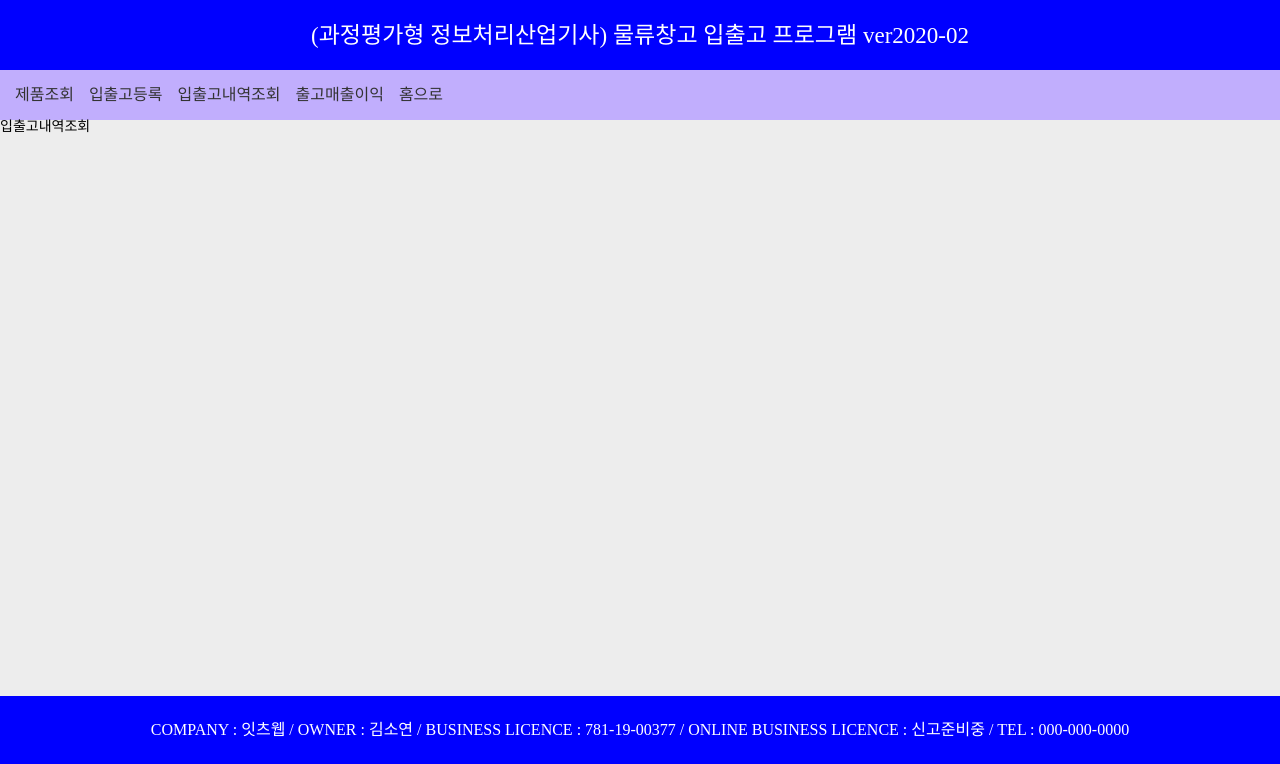
Repository: myeongwoo95/Engineer-Information-Processing
Page: http://localhost/TestProject/inputoutputlist.jsp
The author's editor kept a copy of each file at every save. The page is drawn from the files as they stood at one save, then again after the next save.
The browser window is 1280 px wide. The pictures show the whole page.
The page is served by Tomcat 9. Other server files are loaded and not shown.

Above is the page before, as saved 2021-06-24 14:03:44.

### TestProject/src/main/webapp/inputoutputlist.jsp
<%@ page language="java" contentType="text/html; charset=UTF-8"
    pageEncoding="UTF-8"%>
<!DOCTYPE html>
<html>
<head>
	<meta charset="UTF-8">
    <meta http-equiv="X-UA-Compatible" content="IE=edge">
    <meta name="viewport" content="width=device-width, initial-scale=1.0">

    <link rel="stylesheet" href="css/reset.css">
	<link rel="stylesheet" href="css/common.css">
	<link rel="stylesheet" href="css/main.css">

	<title>입출고내역조회</title>
</head>
<body>
	<header class="index-header">
		<h1>(과정평가형 정보처리산업기사) 물류창고 입출고 프로그램 ver2020-02</h1>
		<ul class="index-ul">
			<li><a href="view.do">제품조회</a></li>
			<li><a href="insert.do">입출고등록</a></li>
			<li><a href="inputoutputlist.do">입출고내역조회</a></li>
			<li><a href="saleslist.do">출고매출이익</a></li>
			<li><a href="index.do">홈으로</a></li>
		</ul>
	</header>

	<section class="main-section inputoutputlist-section">
		<h1>입출고내역조회</h1>
		<table>
		</table>
	</section>

	<footer class="index-footer">
		COMPANY : 잇츠웹 / OWNER : 김소연 / BUSINESS LICENCE : 781-19-00377 / ONLINE BUSINESS LICENCE : 신고준비중 / TEL : 000-000-0000
	</footer>

</body>
</html>

### TestProject/src/main/webapp/css/reset.css
@charset "UTF-8";

/* http://meyerweb.com/eric/tools/css/reset/
   v2.0 | 20110126
   License: none (public domain)
*/

html, body, div, span, applet, object, iframe,
h1, h2, h3, h4, h5, h6, p, blockquote, pre,
a, abbr, acronym, address, big, cite, code,
del, dfn, em, img, ins, kbd, q, s, samp,
small, strike, tt, var,
b, u, i, center,
dl, dt, dd, ol, ul, li,
fieldset, form, label, legend,
table, caption, tbody, tfoot, thead, tr, th, td,
article, aside, canvas, details, embed,
figure, figcaption, footer, header, hgroup,
menu, nav, output, ruby, section, summary,
time, mark, audio, video {
    margin: 0;
    padding: 0;
    border: 0;
    font-size: 100%;
    font: inherit;
    vertical-align: baseline;
}

/* HTML5 display-role reset for older browsers */
article, aside, details, figcaption, figure,
footer, header, hgroup, menu, nav, section {
    display: block;
}
body {
    line-height: 1;
}
ol, ul {
    list-style: none;
}
blockquote, q {
    quotes: none;
}
blockquote:before, blockquote:after,
q:before, q:after {
    content: '';
    content: none;
}
table {
    border-collapse: collapse;
    border-spacing: 0;
}

### TestProject/src/main/webapp/css/common.css
/*================================================================
# margin
=================================================================*/
.mr-5 {margin-right: 5px;}
.ml-5 {margin-left: 5px;}
.mt-5 {margin-top: 5px;}
.mb-5 {margin-bottom: 5px;}
.mr-10 {margin-right: 10px;}
.ml-10 {margin-left: 10px;}
.mt-10 {margin-top: 10px;}
.mb-10 {margin-bottom: 10px;}
.mr-15 {margin-right: 15px;}
.ml-15 {margin-left: 15px;}
.mt-15 {margin-top: 15px;}
.mb-15 {margin-bottom: 15px;}
.mr-20 { margin-right: 20px;}
.ml-20 {margin-left: 20px;}
.mt-20 {margin-top: 20px;}
.mb-20 {margin-bottom: 20px;}
.mr-25 {margin-right: 25px;}
.ml-25 {margin-left: 25px;}
.mt-25 {margin-top: 25px;}
.mb-25 {margin-bottom: 25px;}
.mr-30 {margin-right: 30px;}
.ml-30 {margin-left: 30px;}
.mt-30 {margin-top: 30px;}
.mb-30 {margin-bottom: 30px;}
.mr-35 {margin-right: 35px;}
.ml-35 {margin-left: 35px;}
.mt-35 {margin-top: 35px;}
.mb-35 {margin-bottom: 35px;}
.mr-40 {margin-right: 40px;}
.ml-40 {margin-left: 40px;}
.mt-40 {margin-top: 40px;}
.mb-40 {margin-bottom: 40px;}
.mr-45 {margin-right: 45px;}
.ml-45 { margin-left: 45px;}
.mt-45 {margin-top: 45px;}
.mb-45 {margin-bottom: 45px;}
.mr-50 {margin-right: 50px;}
.ml-50 {margin-left: 50px;}
.mt-50 {margin-top: 50px;}
.mb-50 {margin-bottom: 50px;}
.mr-55 {margin-right: 55px;}
.ml-55 {margin-left: 55px;}
.mt-55 {margin-top: 55px;}
.mb-55 {margin-bottom: 55px;}
.mr-60 {margin-right: 60px;}
.ml-60 {margin-left: 60px;}
.mt-60 {margin-top: 60px;}
.mb-60{margin-bottom: 60;}
.mr-65 {margin-right: 65px;}
.ml-65 {margin-left: 65px;}
.mt-65 {margin-top: 65px;}
.mb-65 {margin-bottom: 65px;}
.mr-70 {margin-right: 70px;}
.ml-70 {margin-left: 70px;}
.mt-70 {margin-top: 70px;}
.mb-70 {margin-bottom: 70px;}
.mr-75 {margin-right: 75px;}
.ml-75 {margin-left: 75px;}
.mt-75 {margin-top: 75px;}
.mb-75 {margin-bottom: 75px;}
.mr-80 {margin-right: 80px;}
.ml-80 {margin-left: 80px;}
.mt-80 {margin-top: 80px;}
.mb-80 {margin-bottom: 80px;}
.mr-85 {margin-right: 85px;}
.ml-85 {margin-left: 85px;}
.mt-85 {margin-top:85px;}
.mb-85 {margin-bottom: 85px;}
.mr-90 {margin-right: 90px;}
.ml-90 {margin-left: 90px;}
.mt-90 {margin-top:90px;}
.mb-90 {margin-bottom: 90px;}
.mr-95 {margin-right: 95px;}
.ml-95 {margin-left: 95px;}
.mt-95 {margin-top: 95px;}
.mb-95 {margin-bottom: 95px;}
.mr-100 {margin-right: 100px;}
.ml-100 {margin-left: 100px;}
.mt-100 {margin-top: 100px;}
.mb-100 {margin-bottom: 100px;}
.mr-110 {margin-right: 110px;}
.ml-110 {margin-left: 110px;}
.mt-110 {margin-top:110px;}
.mb-110 {margin-bottom: 110px;}
.mr-120 {margin-right: 120px;}
.ml-120 {margin-left: 120px;}
.mt-120 {margin-top: 120px;}
.mb-120 {margin-bottom: 120px;}
.mr-130 {margin-right: 130px;}
.ml-130 {margin-left: 130px;}
.mt-130 {margin-top: 130px;}
.mb-130 {margin-bottom: 130px;}
.mr-140 {margin-right: 140px;}
.ml-140 {margin-left: 140px;}
.mt-140 {margin-top:140px;}
.mb-140 {margin-bottom: 140px;}
.mr-150 {margin-right: 150px;}
.ml-150 {margin-left: 150px;}
.mt-150 {margin-top: 150px;}
.mb-150 {margin-bottom: 150px;}
.mr-160 {margin-right: 160px;}
.ml-160 {margin-left: 160px;}
.mt-160 {margin-top:160px;}
.mb-160 {margin-bottom: 160px;}
.mr-170 {margin-right: 170px;}
.ml-170 {margin-left: 170px;}
.mt-170 {margin-top:170px;}
.mb-170 {margin-bottom: 170px;}
.mr-180 {margin-right: 180px;}
.ml-180 {margin-left: 180px;}
.mt-180 {margin-top:180px;}
.mb-180 {margin-bottom: 180px;}
.mr-190 {margin-right: 190px;}
.ml-190 {margin-left: 190px;}
.mt-190 {margin-top:190px;}
.mb-190 {margin-bottom: 190px;}
.mr-200 {margin-right: 200px;}
.ml-200 {margin-left: 200px;}
.mt-200 {margin-top:200px;}
.mb-200 {margin-bottom: 200px;}
.mr-210 {margin-right: 210px;}
.ml-210 {margin-left: 210px;}
.mt-210 {margin-top:210px;}
.mb-210 {margin-bottom: 210px;}
.mr-220 {margin-right: 220px;}
.ml-220 {margin-left: 220px;}
.mt-220 {margin-top: 220px;}
.mb-220 {margin-bottom: 220px;}
.mr-230 {margin-right: 230px;}
.ml-230 {margin-left: 230px;}
.mt-230 {margin-top: 230px;}
.mb-230 {margin-bottom: 230px;}
.mr-240 {margin-right: 240px;}
.ml-240 {margin-left: 240px;}
.mt-240 {margin-top: 240px;}
.mb-240 {margin-bottom: 240px;}
.mr-250 {margin-right: 250px;}
.ml-250 {margin-left: 250px;}
.mt-250 {margin-top: 250px;}
.mb-250 {margin-bottom: 250px;}
.mr-260 {margin-right: 260px;}
.ml-260 {margin-left: 260px;}
.mt-260 {margin-top: 260px;}
.mb-260 {margin-bottom: 260px;}
.mr-270 {margin-right: 270px;}
.ml-270 {margin-left: 270px;}
.mt-270 {margin-top: 270px;}
.mb-270 {margin-bottom: 270px;}
.mr-280 {margin-right: 280px;}
.ml-280 {margin-left: 280px;}
.mt-280 {margin-top: 280px;}
.mb-280 {margin-bottom: 280px;}
.mr-290 {margin-right: 290px;}
.ml-290 {margin-left: 290px;}
.mt-290 {margin-top: 290px;}
.mb-290 {margin-bottom: 290px;}
.mr-300 {margin-right: 300px;}
.ml-300 {margin-left: 300px;}
.mt-300 {margin-top: 300px;}
.mb-300 {margin-bottom: 300px;}

/*================================================================
# padding
=================================================================*/
.pr-5 {padding-right: 5px;}
.pl-5 {padding-left: 5px;}
.pt-5 {padding-top: 5px;}
.pb-5 {padding-bottom: 5px;}
.pr-10 {padding-right: 10px;}
.pl-10 {padding-left: 10px;}
.pt-10 {padding-top: 10px;}
.pb-10 {padding-bottom: 10px;}
.pr-15 {padding-right: 15px;}
.pl-15 {padding-left: 15px;}
.pt-15 {padding-top: 15px;}
.pb-15 {padding-bottom: 15px;}
.pr-20 { padding-right: 20px;}
.pl-20 {padding-left: 20px;}
.pt-20 {padding-top: 20px;}
.pb-20 {padding-bottom: 20px;}
.pr-25 {padding-right: 25px;}
.pl-25 {padding-left: 25px;}
.pt-25 {padding-top: 25px;}
.pb-25 {padding-bottom: 25px;}
.pr-30 {padding-right: 30px;}
.pl-30 {padding-left: 30px;}
.pt-30 {padding-top: 30px;}
.pb-30 {padding-bottom: 30px;}
.pr-35 {padding-right: 35px;}
.pl-35 {padding-left: 35px;}
.pt-35 {padding-top: 35px;}
.pb-35 {padding-bottom: 35px;}
.pr-40 {padding-right: 40px;}
.pl-40 {padding-left: 40px;}
.pt-40 {padding-top: 40px;}
.pb-40 {padding-bottom: 40px;}
.pr-45 {padding-right: 45px;}
.pl-45 { padding-left: 45px;}
.pt-45 {padding-top: 45px;}
.pb-45 {padding-bottom: 45px;}
.pr-50 {padding-right: 50px;}
.pl-50 {padding-left: 50px;}
.pt-50 {padding-top: 50px;}
.pb-50 {padding-bottom: 50px;}
.pr-55 {padding-right: 55px;}
.pl-55 {padding-left: 55px;}
.pt-55 {padding-top: 55px;}
.pb-55 {padding-bottom: 55px;}
.pr-60 {padding-right: 60px;}
.pl-60 {padding-left: 60px;}
.pt-60 {padding-top: 60px;}
.pb-60 {padding-bottom: 60;}
.pr-65 {padding-right: 65px;}
.pl-65 {padding-left: 65px;}
.pt-65 {padding-top: 65px;}
.pb-65 {padding-bottom: 65px;}
.pr-70 {padding-right: 70px;}
.pl-70 {padding-left: 70px;}
.pt-70 {padding-top: 70px;}
.pb-70 {padding-bottom: 70px;}
.pr-75 {padding-right: 75px;}
.pl-75 {padding-left: 75px;}
.pt-75 {padding-top: 75px;}
.pb-75 {padding-bottom: 75px;}
.pr-80 {padding-right: 80px;}
.pl-80 {padding-left: 80px;}
.pt-80 {padding-top: 80px;}
.pb-80 {padding-bottom: 80px;}
.pr-85 {padding-right: 85px;}
.pl-85 {padding-left: 85px;}
.pt-85 {padding-top:85px;}
.pb-85 {padding-bottom: 85px;}
.pr-90 {padding-right: 90px;}
.pl-90 {padding-left: 90px;}
.pt-90 {padding-top:90px;}
.pb-90 {padding-bottom: 90px;}
.pr-95 {padding-right: 95px;}
.pl-95 {padding-left: 95px;}
.pt-95 {padding-top: 95px;}
.pb-95 {padding-bottom: 95px;}
.pr-100 {padding-right: 100px;}
.pl-100 {padding-left: 100px;}
.pt-100 {padding-top: 100px;}
.pb-100 {padding-bottom: 100px;}
.pr-110 {padding-right: 110px;}
.pl-110 {padding-left: 110px;}
.pt-110 {padding-top:110px;}
.pb-110 {padding-bottom: 110px;}
.pr-120 {padding-right: 120px;}
.pl-120 {padding-left: 120px;}
.pt-120 {padding-top: 120px;}
.pb-120 {padding-bottom: 120px;}
.pr-130 {padding-right: 130px;}
.pl-130 {padding-left: 130px;}
.pt-130 {padding-top: 130px;}
.pb-130 {padding-bottom: 130px;}
.pr-140 {padding-right: 140px;}
.pl-140 {padding-left: 140px;}
.pt-140 {padding-top:140px;}
.pb-140 {padding-bottom: 140px;}
.pr-150 {padding-right: 150px;}
.pl-150 {padding-left: 150px;}
.pt-150 {padding-top: 150px;}
.pb-150 {padding-bottom: 150px;}
.pr-160 {padding-right: 160px;}
.pl-160 {padding-left: 160px;}
.pt-160 {padding-top:160px;}
.pb-160 {padding-bottom: 160px;}
.pr-170 {padding-right: 170px;}
.pl-170 {padding-left: 170px;}
.pt-170 {padding-top:170px;}
.pb-170 {padding-bottom: 170px;}
.pr-180 {padding-right: 180px;}
.pl-180 {padding-left: 180px;}
.pt-180 {padding-top:180px;}
.pb-180 {padding-bottom: 180px;}
.pr-190 {padding-right: 190px;}
.pl-190 {padding-left: 190px;}
.pt-190 {padding-top:190px;}
.pb-190 {padding-bottom: 190px;}
.pr-200 {padding-right: 200px;}
.pl-200 {padding-left: 200px;}
.pt-200 {padding-top:200px;}
.pb-200 {padding-bottom: 200px;}
.pr-210 {padding-right: 210px;}
.pl-210 {padding-left: 210px;}
.pt-210 {padding-top:210px;}
.pb-210 {padding-bottom: 210px;}
.pr-220 {padding-right: 220px;}
.pl-220 {padding-left: 220px;}
.pt-220 {padding-top: 220px;}
.pb-220 {padding-bottom: 220px;}
.pr-230 {padding-right: 230px;}
.pl-230 {padding-left: 230px;}
.pt-230 {padding-top: 230px;}
.pb-230 {padding-bottom: 230px;}
.pr-240 {padding-right: 240px;}
.pl-240 {padding-left: 240px;}
.pt-240 {padding-top: 240px;}
.pb-240 {padding-bottom: 240px;}
.pr-250 {padding-right: 250px;}
.pl-250 {padding-left: 250px;}
.pt-250 {padding-top: 250px;}
.pb-250 {padding-bottom: 250px;}
.pr-260 {padding-right: 260px;}
.pl-260 {padding-left: 260px;}
.pt-260 {padding-top: 260px;}
.pb-260 {padding-bottom: 260px;}
.pr-270 {padding-right: 270px;}
.pl-270 {padding-left: 270px;}
.pt-270 {padding-top: 270px;}
.pb-270 {padding-bottom: 270px;}
.pr-280 {padding-right: 280px;}
.pl-280 {padding-left: 280px;}
.pt-280 {padding-top: 280px;}
.pb-280 {padding-bottom: 280px;}
.pr-290 {padding-right: 290px;}
.pl-290 {padding-left: 290px;}
.pt-290 {padding-top: 290px;}
.pb-290 {padding-bottom: 290px;}
.pr-300 {padding-right: 300px;}
.pl-300 {padding-left: 300px;}
.pt-300 {padding-top: 300px;}
.pb-300 {padding-bottom: 300px;}

/*================================================================
# clearfix
=================================================================*/
.clearfix::after{
    content: "";
    clear: both;
    display: block;
}
.float--left{
    float: left;
}
.float--right{
    float: right;
}

/*================================================================
# box-sizing
=================================================================*/
*,
*::before,
*::after {
  box-sizing: border-box;
}

/*================================================================
# IR 기법
=================================================================*/
/* 의미있는 이미지의 대체 텍스트를 제공하는 경우 */
/* 의미있는 이미지의 대체 텍스트로 이미지가 없어도 대체 텍스트를 보여주고자 할 때 */
/* 대체 텍스트가 아닌 접근성을 위한 숨김 텍스트를 제공할 때 */
.ir_pm {display: block; overflow: hidden; font-size: 0; line-height: 0; text-indent: -9999px;}
.ir_wa {display: block; overflow: hidden; position: relative; z-index: -1; width: 100%; height: 100%;}
.ir_su {overflow: hidden; position: absolute; width: 0; height: 0; line-height: 0; text-indent: -9999px;}

/*================================================================
# input-text
=================================================================*/
.input--text{
   height: 34px;
   padding: 0 12px;
   border: 1px solid #ddd;
   border-radius: 5px;
   box-sizing: border-box;
   outline: none;
   box-shadow: inset 0 1px 12px rgba(0, 0, 0, 0.075);
   font-size: 16px;
}

.input--text:focus{
    border-color: #51a7e8;
    box-shadow: 0 0 5px rgba(81, 167, 232, 0.5),
                inset 0 1px 12px rgba(0, 0, 0, 0.075);
 }

/* vendor Prefix for input-text*/
.input--text::-webkit-input-placeholder { color: #cacaca }
.input--text::-ms-input-placeholder { color: #cacaca }
.input--text::-moz-input-placeholder { color: #cacaca }

/*================================================================
# text-indent
=================================================================*/
.text-indent5 {text-indent: 5px;}
.text-indent10 {text-indent: 10px;}
.text-indent15 {text-indent: 15px;}
.text-indent20 {text-indent: 20px;}
.text-indent25 {text-indent: 25px;}
.text-indent30 {text-indent: 30px;}
.text-indent35 {text-indent: 35px;}
.text-indent40 {text-indent: 40px;}
.text-indent45 {text-indent: 45px;}
.text-indent50 {text-indent: 50px;}

/*================================================================
# font-weight
=================================================================*/
.fw-400 {font-weight: 400;}
.fw-500 {font-weight: 500;}
.fw-600 {font-weight: 600;}
.fw-700 {font-weight: 700;}
.fw-800 {font-weight: 800;}
.fw-900 {font-weight: 900;}

/*================================================================
# font-size
=================================================================*/
.fz-12 {font-size: 12px;}
.fz-13 {font-size: 13px;}
.fz-14 {font-size: 14px;}
.fz-15 {font-size: 15px;}
.fz-16 {font-size: 16px;}
.fz-17 {font-size: 17px;}
.fz-18 {font-size: 18px;}
.fz-19 {font-size: 19px;}
.fz-20 {font-size: 20px;}
.fz-21 {font-size: 21px;}
.fz-22 {font-size: 22px;}
.fz-23 {font-size: 23px;}
.fz-24 {font-size: 24px;}
.fz-25 {font-size: 25px;}
.fz-26 {font-size: 26px;}
.fz-27 {font-size: 27px;}
.fz-28 {font-size: 28px;}
.fz-29 {font-size: 29px;}
.fz-30 {font-size: 30px;}

### TestProject/src/main/webapp/css/main.css
@charset "UTF-8";

body{
	font-size: 14px;
	font-weight: 400;
}

/*================================================================
# index
=================================================================*/
/* index header */
.index-header h1{
	background: blue;
	height: 70px;
	font-size: 23px;
	display: flex;
	justify-content: center;
	align-items: center;
	color: #fff;
}

.index-header ul{
	background: rgb(193,174,253);
	display: flex;
	height: 50px;
	align-items: center;
}

.index-header ul li {
	margin-left: 15px;
}

.index-header ul li a{
	text-decoration: none;
	color: #333;
	font-size: 16px;
	font-weight: 500;
}

/* index section */
.main-section{
	height: 80vh;
	background: rgb(237,237,237);
}

.index-section h2{
	font-size: 30px;
	color: #333;
	text-align: center;
	padding-top: 50px;
	margin-bottom: 50px;
	font-weight: 800;
}

.index-section p{
	font-size : 15px;
	font-weight: 500;
	margin-left: 10px;
	margin-bottom: 20px;
}

/* index footer */
.index-footer{
	height: 68px;
	background: blue;
	display: flex;
	justify-content: center;
	align-items: center;
	color: white;
	font-size: 16px;
	font-weight: 500;
}

/*================================================================
# view
=================================================================*/
.view-section h1{
	text-align: center;
	font-size: 30px;
	font-weight: 800;
	padding-top: 50px;
	margin-bottom: 50px;
}

.view-section table{
	border: 1px solid #111;
	width: 40%;
	margin: 0 auto;
	padding-top: 50px;
}

.view-section table th{
	text-align: center;
	height: 25px;
	border: 1px solid #111;
	vertical-align: center;
}

.view-section table td{
	text-align: center;
	height: 25px;
	border: 1px solid #111;
	vertical-align: center;
}

/*================================================================
# insert
=================================================================*/
.insert-section h1{
	text-align: center;
	font-size: 30px;
	font-weight: 800;
	padding-top: 50px;
	margin-bottom: 50px;
}

.insert-section table{
	border: 1px solid #111;
	width: 40%;
	margin: 0 auto;
	padding-top: 50px;
}

.insert-section table th{
	text-align: center;
	height: 25px;
	border: 1px solid #111;
	vertical-align: center;
}

.insert-section table td{
	text-align: left;
	height: 25px;
	border: 1px solid #111;
	vertical-align: center;
}

.insert-section .btnlist{
	margin-top:10px;
	display: flex;
	justify-content: center;
}

.insert-section .btnlist input{
	margin-right: 10px;
}

After the next save:
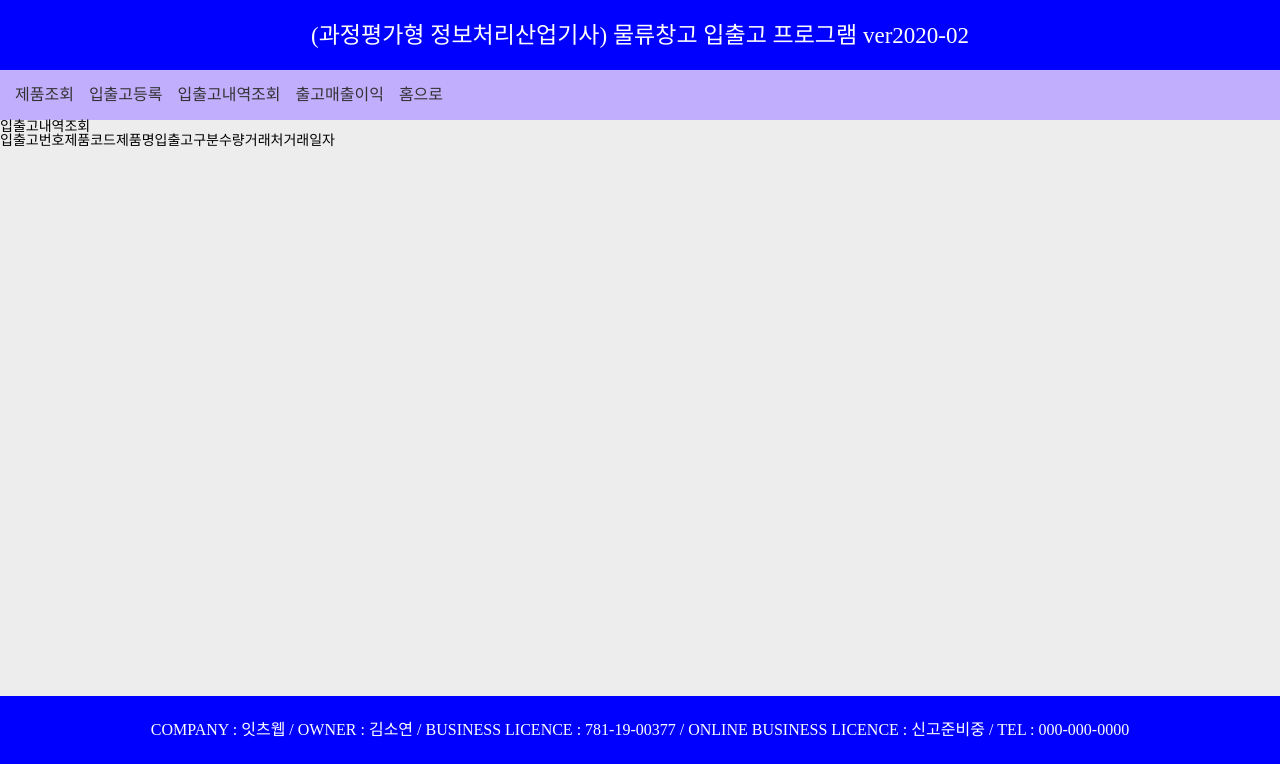
Saved 40 s later.
--- a/TestProject/src/main/webapp/inputoutputlist.jsp
+++ b/TestProject/src/main/webapp/inputoutputlist.jsp
@@ -28,6 +28,15 @@
 	<section class="main-section inputoutputlist-section">
 		<h1>입출고내역조회</h1>
 		<table>
+			<tr>
+				<th>입출고번호</th>
+				<th>제품코드</th>
+				<th>제품명</th>
+				<th>입출고구분</th>
+				<th>수량</th>
+				<th>거래처</th>
+				<th>거래일자</th>
+			</tr>
 		</table>
 	</section>
 
